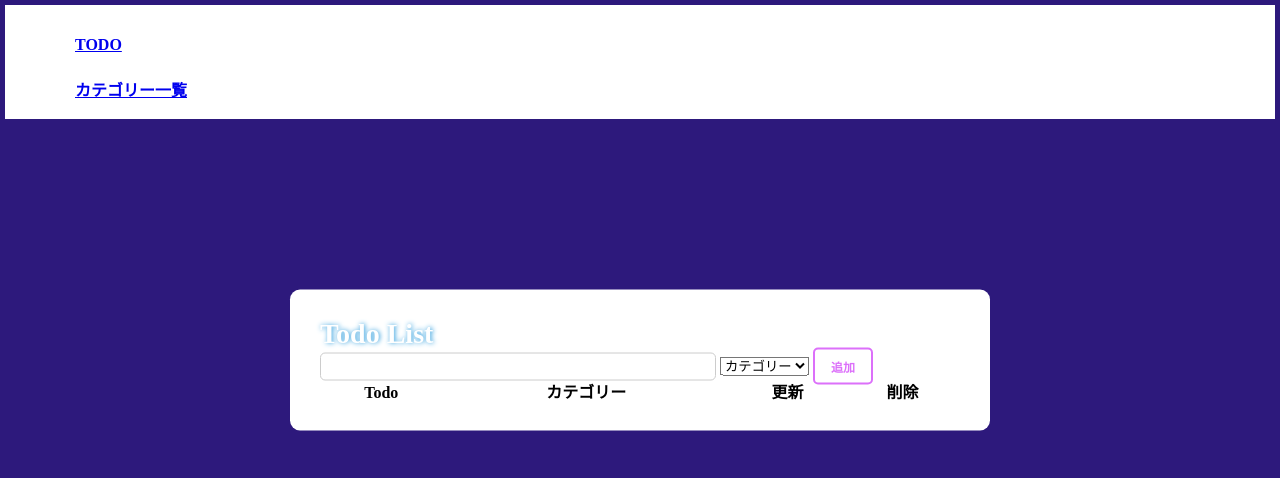
Repository: azuma2/cate
Page: http://localhost/
These files come from the project's save history. The page is drawn as it stood at one moment and after the next save; the edit follows.
The browser window is 1280 px wide. The pictures show the whole page.
The page is served by the project's Laravel application, run on PHP 8.4 with Laravel 8. Other server files are loaded and not shown. Queries for data that is not in the repository find no rows.

Above is the page before, as saved 2022-05-17 19:30:31.

### routes/web.php
<?php

use Illuminate\Support\Facades\Route;
use App\Http\Controllers\TodoController;
use App\Http\Controllers\CateController;


Route::get('/', [TodoController::class, 'index']);

Route::get('/cate', [CateController::class, 'index']);

Route::post('/todo/create', [TodoController::class, 'create']);
Route::post('/todo/update', [TodoController::class, 'update']);
Route::post('/todo/delete', [TodoController::class, 'remove']);
Route::post('/todo/search', [TodoController::class, 'search']);
Route::post('/cate/create', [CateController::class, 'create']);
Route::post('/cate/update', [CateController::class, 'update']);
Route::post('/cate/delete', [CateController::class, 'remove']);
Route::post('/cate/search', [CateController::class, 'search']);

### app/Http/Controllers/TodoController.php
<?php

namespace App\Http\Controllers;

use App\Models\Todo;
use App\Models\Cate;
use Illuminate\Http\Request;
use Illuminate\Support\Facades\DB;

class TodoController extends Controller
{
    public function index()
    {
        $items = Todo::all();
        $cates = Cate::all();
        return view('index', ['items' => $items, 'cates' => $cates]);
    }


    public function create(Request $request)
    {
        $param = ['content' => $request->content,];
        $this->validate($request, Todo::$rules);

        $param2 = ['content' => $request->content,];
        $this->validate($request, Cate::$rules);


        DB::insert('insert into todos (content) values (:content)', $param);
        DB::insert('insert into cates (content) values (:content)', $param2);
        return redirect('/');
    }

    public function update(Request $request)
    {
         $param = [
            'id' => $request->id,
            'content' => $request->content,

        ];
        $this->validate($request, Todo::$rules);
        DB::update('update todos set content =:content where id =:id', $param);
        return redirect('/');
    }

    public function remove(Request $request)
    {
        $param = ['id' => $request->id];
        DB::delete('delete from todos where id =:id', $param);
        return redirect('/');
    }



}

### app/Models/todo.php
<?php


namespace App\Models;

use Illuminate\Database\Eloquent\Factories\HasFactory;
use Illuminate\Database\Eloquent\Model;
use App\Models\Cate;

class Todo extends Model
{
    use HasFactory;

    protected $fillable = ['cate_id', 'content'];

    public static $rules = array(
        'cate_id' => 'required|text',
        'content' => 'required|max:20',
    );

    public function cate(){
        return $this->belongsTo('App\Models\cate');
    }


}

### app/Models/cate.php
<?php


namespace App\Models;

use Illuminate\Database\Eloquent\Factories\HasFactory;
use Illuminate\Database\Eloquent\Model;
use App\Models\Todo;

class Cate extends Model
{
    use HasFactory;

    protected $fillable = ['content'];

    public static $rules = array(
        'content' => 'required|max:10',
    );

    public function todo(){
        return $this->belongsTo('App\Models\todo');
    }


}

### resources/views/index.blade.php
<!DOCTYPE html>
<html lang="ja">
<head>
    <meta charset="UTF-8">
    <meta http-equiv="X-UA-Compatible" content="IE=edge">
    <meta name="viewport" content="width=device-width, initial-scale=1.0">
    <link rel="stylesheet" href="{{ asset('/reset.css') }}" >
    <title>@yield('title')</title>
    <style>
    body {
      font-size:16px;
      margin: 5px;
      background-color: #2d197c;
    }


header{
  padding-right:50px;
  padding-left:50px;
  padding-top:20px;
  left: 0;
  top: 0;
  background: #fff;
  display: flex;
}
.head {
  justify-content: space-between;
  display: flex;
  font-weight: bolder;
  position: sticky;
  bottom: 0;
}

.head1{
  padding: 10px;
  margin: 10px;
}

.head2{
  padding: 10px;
  margin: 10px;
}

ul{
  list-style: none;
  margin-top: -8px;
}

    td {
      padding: 5px 10px;
      text-align: center;
    }

    .narabe{
      display:flex;
      flex-flow: column;
    }

    .button {
    text-align: left;
    border: 2px solid #dc70fa;
    font-size: 12px;
    color: #dc70fa;
    background-color: #fff;
    font-weight: bold;
    padding: 8px 16px;
    border-radius: 5px;
    cursor: pointer;
    transition: 0.4s;
    outline: none;
}
.input-add {
    width: 60%;
    padding: 5px;
    border-radius: 5px;
    border: 1px solid #ccc;
    appearance: none;
    font-size: 14px;
    outline: none;
}
.input-update {
    width: 90%;
    padding: 5px;
    border-radius: 5px;
    border: 1px solid #ccc;
    appearance: none;
    font-size: 14px;
    outline: none;
}
    .card {
    background-color: #fff;
    width: 50vw;
    padding: 30px;
    position: absolute;
    top: 50%;
    left: 50%;
    transform: translate(-50%, -50%);
    border-radius: 10px;
}
    h2 {
      font-size:28px;
      color:white;
      text-shadow:1px 0 5px #289ADC;
      margin-left: 1px;
      margin: 0;
    }
    .content {
      margin:10px;
    }
.pulu{

}
    .button2 {
    text-align: left;
    border: 2px solid #dc70fa;
    font-size: 12px;
    color: #dc70fa;
    background-color: #fff;
    font-weight: bold;
    padding: 8px 16px;
    border-radius: 5px;
    cursor: pointer;
    transition: 0.4s;
    outline: none;

}
    </style>
  </head>
  <body>
  <header>
    <div class="head">
      <ul class="head0">
        <li class="head1"><a href="{{ url('/') }}">TODO</a></li>
        <li class="head2"><a href="{{ url('/cate') }}">カテゴリー一覧</a></li>
      </ul>
    </div>
  </header>
  <div class="container">
    <div class="card">
      <h2 class="title">Todo List</h2>
            <div class="todo">
              @if ($errors->has('content'))
                  <tr>
                    <th>TODOが入力されておりません</th>
                  </tr><br>
              @endif
              @if ($errors->has('cate_id'))
                  <tr>
                    <th>カテゴリーが選択されておりません</th>
                  </tr>
              @endif




        <form action="/todo/create" method="post">
            @csrf
          <input type="text" class="input-add" name="content">
                    <!--  カテゴリープルダウン -->
        <select class="pulu" id="cate_id" name="cate_id" >
          <option value="0">カテゴリー</option>
            @foreach ($cates as $item)
                <option value="{{ $item->id }}">{{ $item->content }}</option>
            @endforeach
        </select>
          <input class="button2" type="submit" value="追加" />
        </form>
          <div class="narabe">
        <table>
            @csrf
          <tr>
            <th>Todo</th>
            <th>カテゴリー</th>
            <th>更新</th>
            <th>削除</th>
          </tr>

                    <tr>
            @foreach ($items as $item)

            <td>

            </td>

            <form action="/todo/update" method="post">
              @csrf
              <td>
                <input type="text" class="input-update" value="{{$item->content}}" name="content" />
              </td>
              <td>
                <input type="hidden"  name="id" value="{{$item->id}}">
                <input class="button" type="submit" value="更新" >
              </td>
            </form>
            <td>
              <form action="/todo/delete" method="post" >
                    @csrf
                <input  type="hidden" name="id" value="{{$item->id}}" >
                <input class="button" type="submit" value="削除" >
              </form>
            </td>
            </div>
          </tr>
          @endforeach
        </table>
      </div>
    </div>
  </div>
  </div>

</body>
</html>

### public/reset.css
/*
html5doctor.com Reset Stylesheet
v1.6.1
Last Updated: 2010-09-17
Todo: Richard Clark - http://richclarkdesign.com
Twitter: @rich_clark
*/

html, body, div, span, object, iframe,
h1, h2, h3, h4, h5, h6, p, blockquote, pre,
abbr, address, cite, code,
del, dfn, em, img, ins, kbd, q, samp,
small, strong, sub, sup, var,
b, i,
dl, dt, dd, ol, ul, li,
fieldset, form, label, legend,
table, caption, tbody, tfoot, thead, tr, th, td,
article, aside, canvas, details, figcaption, figure,
footer, header, hgroup, menu, nav, section, summary,
time, mark, audio, video {
    margin:0;
    padding:0;
    border:0;
    outline:0;
    font-size:100%;
    vertical-align:baseline;
    background:transparent;
}

body {
    line-height:1;
}

article,aside,details,figcaption,figure,
footer,header,hgroup,menu,nav,section {
    display:block;
}

nav ul {
    list-style:none;
}

blockquote, q {
    quotes:none;
}

blockquote:before, blockquote:after,
q:before, q:after {
    content:'';
    content:none;
}

a {
    margin:0;
    padding:0;
    font-size:100%;
    vertical-align:baseline;
    background:transparent;
}

/* change colours to suit your needs */
ins {
    background-color:#ff9;
    color:#000;
    text-decoration:none;
}

/* change colours to suit your needs */
mark {
    background-color:#ff9;
    color:#000;
    font-style:italic;
    font-weight:bold;
}

del {
    text-decoration: line-through;
}

abbr[title], dfn[title] {
    border-bottom:1px dotted;
    cursor:help;
}

table {
    border-collapse:collapse;
    border-spacing:0;
}

/* change border colour to suit your needs */
hr {
    display:block;
    height:1px;
    border:0;
    border-top:1px solid #cccccc;
    margin:1em 0;
    padding:0;
}

input, select {
    vertical-align:middle;
}

Loaded but not shown: app/Http/Controllers/Controller.php (common file)

After the next save:
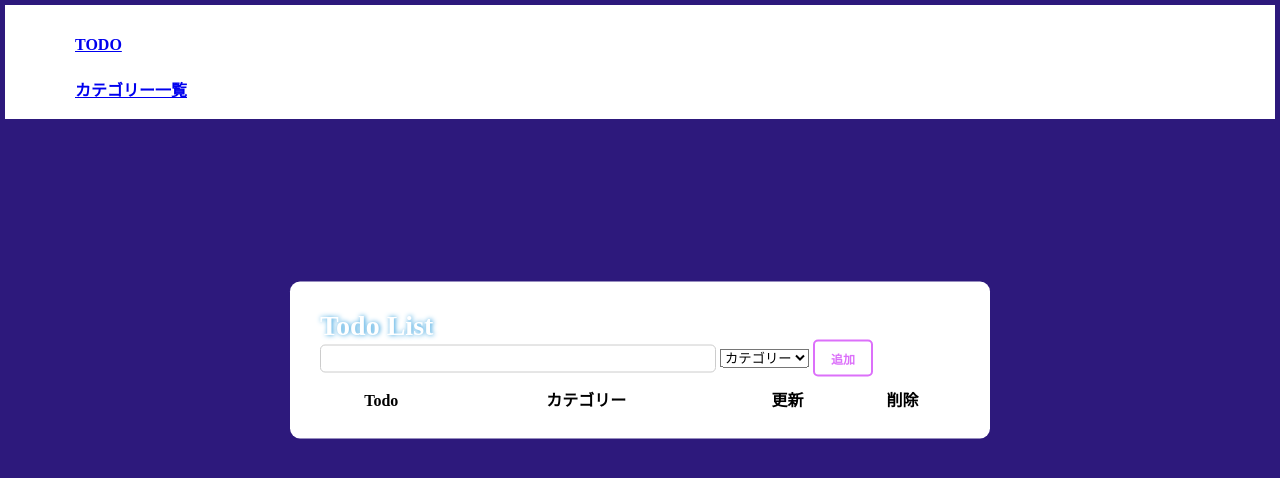
Saved 18 s later.
--- a/resources/views/index.blade.php
+++ b/resources/views/index.blade.php
@@ -173,7 +173,7 @@ ul{
             <th>カテゴリー</th>
             <th>更新</th>
             <th>削除</th>
-          </tr>
+          </tr><br>
 
                     <tr>
             @foreach ($items as $item)
